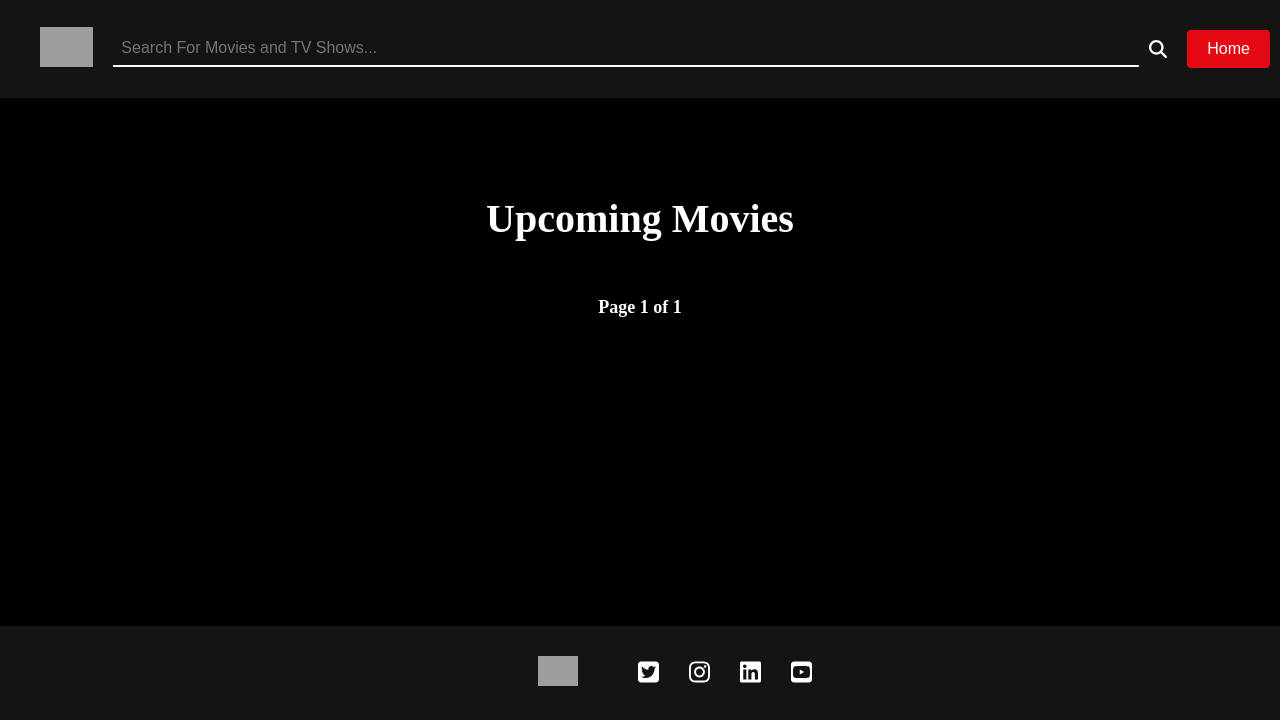
Repository: philh4420/MovieDB-2
Page: /
The author's editor kept a copy of each file at every save. The page is drawn from the files as they stood at one save, then again after the next save.
The browser window is 1280 px wide. The pictures show the whole page.
Pictures or frames that could not be fetched are drawn as grey boxes. The page's requests for data from a server got no answer. The project was rebuilt for these pictures with package versions that can differ from the ones it lists, and the page was loaded fresh each time. No one was signed in, and anything a server would have sent is missing. Also part of the build but not shown: webpack.config.js, src/components/SearchResults.js, src/components/MovieDetails.js, src/components/CastDetails.css, src/components/CastDetails.js, src/components/TVShowDetails.css, src/components/TvShowDetails.js, src/App.css.

Above is the page before, as saved 2023-06-21 19:27:10.

After the next save:
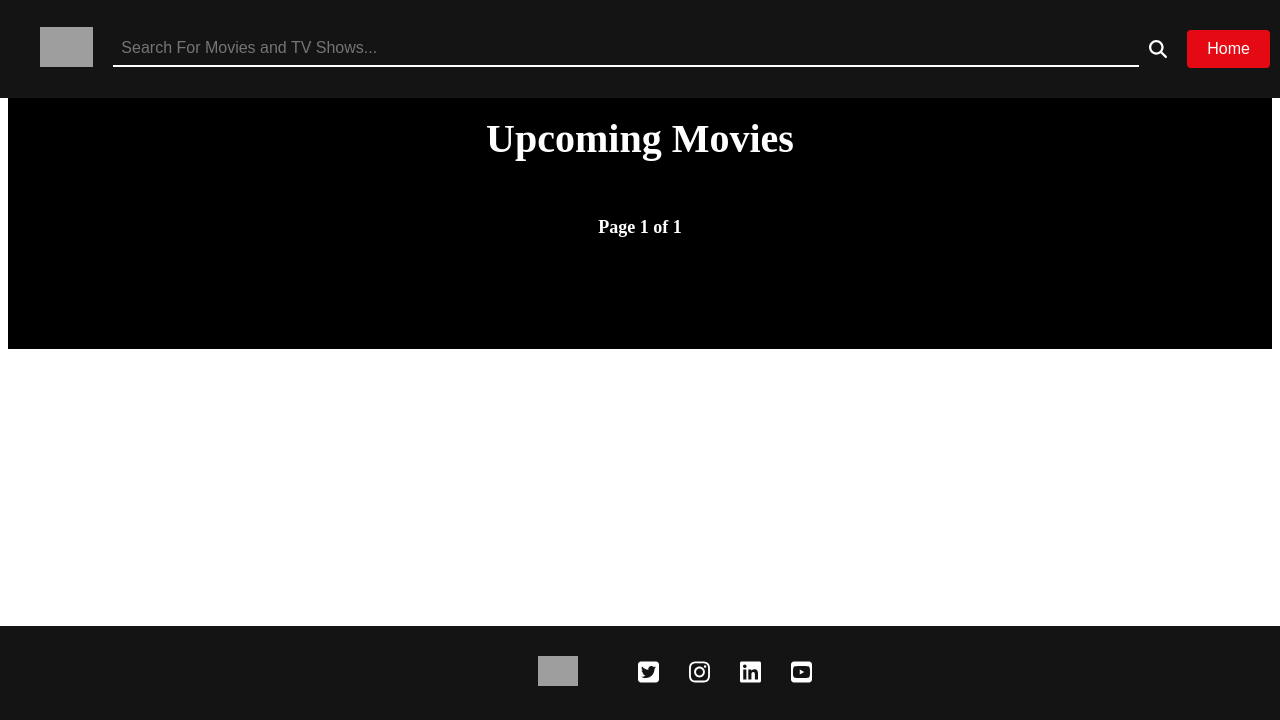
Saved 7 min 44 s later.
--- a/src/components/MovieDetails.css
+++ b/src/components/MovieDetails.css
@@ -1,4 +1,4 @@
-body {
+.movie-details {
   background-color: #000;
   color: #fff;
   font-size: 1rem;

After the save that followed:
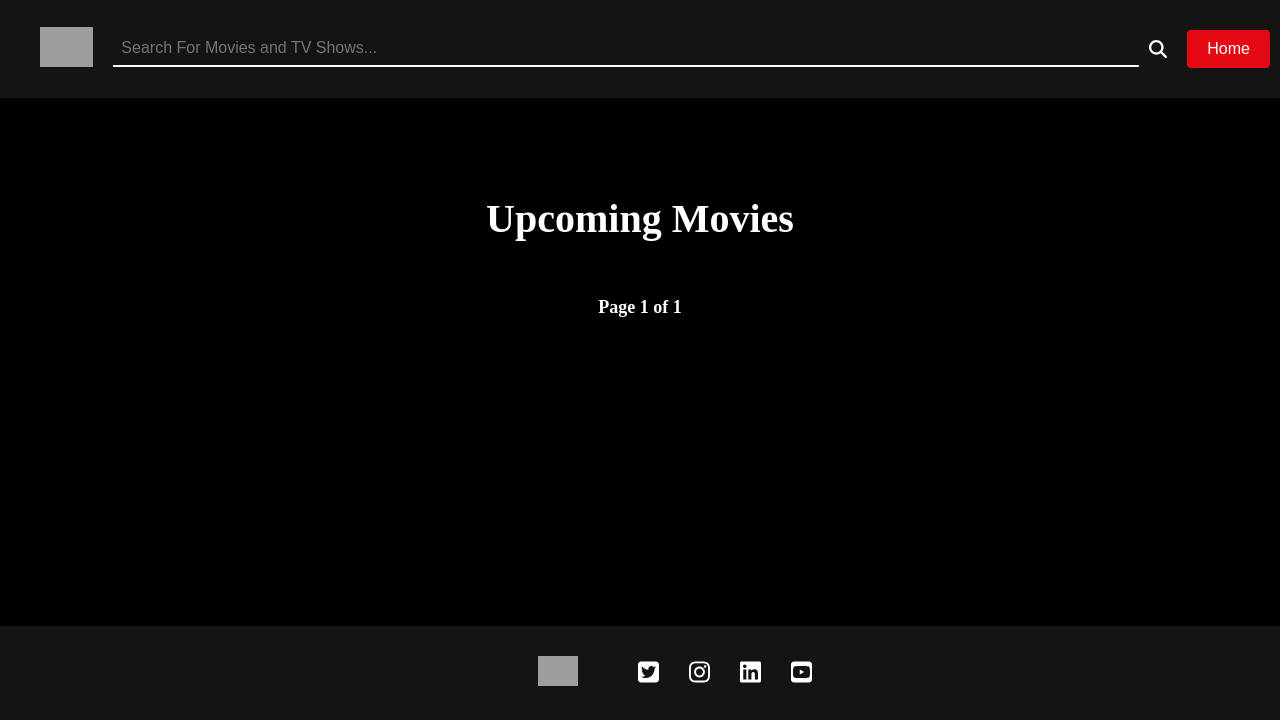
Saved 89 s later.
--- a/src/components/MovieDetails.css
+++ b/src/components/MovieDetails.css
@@ -1,4 +1,4 @@
-.movie-details {
+body {
   background-color: #000;
   color: #fff;
   font-size: 1rem;
@@ -128,8 +128,8 @@
 }
 
 .modal__video {
-  width: 1600px;
-  height: 820px;
+  width: 100%;
+  height: 100%;
   padding-bottom: 56.25%;
   position: relative;
 }
@@ -142,6 +142,41 @@
   left: 0;
 }
 
+.movie-details__website {
+  font-size: 1.2rem;
+  margin-top: 0.625rem;
+}
+
+.movie-details__website-link {
+  color: #fff;
+  text-decoration: none;
+  margin-left: 0.5rem;
+}
+
+.movie-details__social-media {
+  font-size: 1.2rem;
+  margin-top: 1.25rem;
+}
+
+.movie-details__social-media p {
+  margin-bottom: 0.625rem;
+}
+
+.movie-details__social-media-icons {
+  display: flex;
+  gap: 1.25rem;
+}
+
+.movie-details__social-media-link {
+  color: #fff;
+  text-decoration: none;
+  font-size: 1.5rem;
+}
+
+.movie-details__social-media-link:hover {
+  opacity: 0.8;
+}
+
 @media screen and (max-width: 37.5rem) {
   .movie-details__container {
     flex-direction: column;
